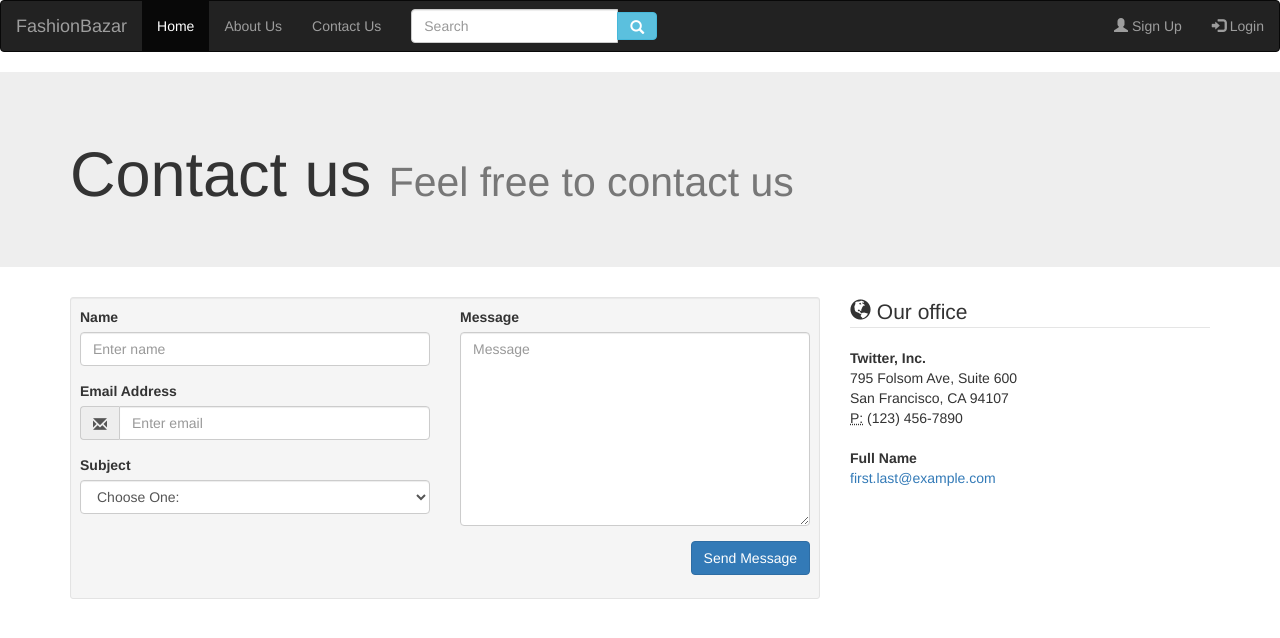
Repository: SmithaMendonca/Project-1
Page: http://localhost/FashionBazarFrontend/WEB-INF/views/ContactUs.jsp
These files come from the project's save history. The page is drawn as it stood at one moment and after the next save; the edit follows.
The browser window is 1280 px wide. The pictures show the whole page.
The page is served by Tomcat 9. Nobody is signed in. The template is opened directly, without the code that normally fills it, so the values that code supplies are empty.

Above is the page before, as saved 2019-06-06 04:22:27.

After the next save:
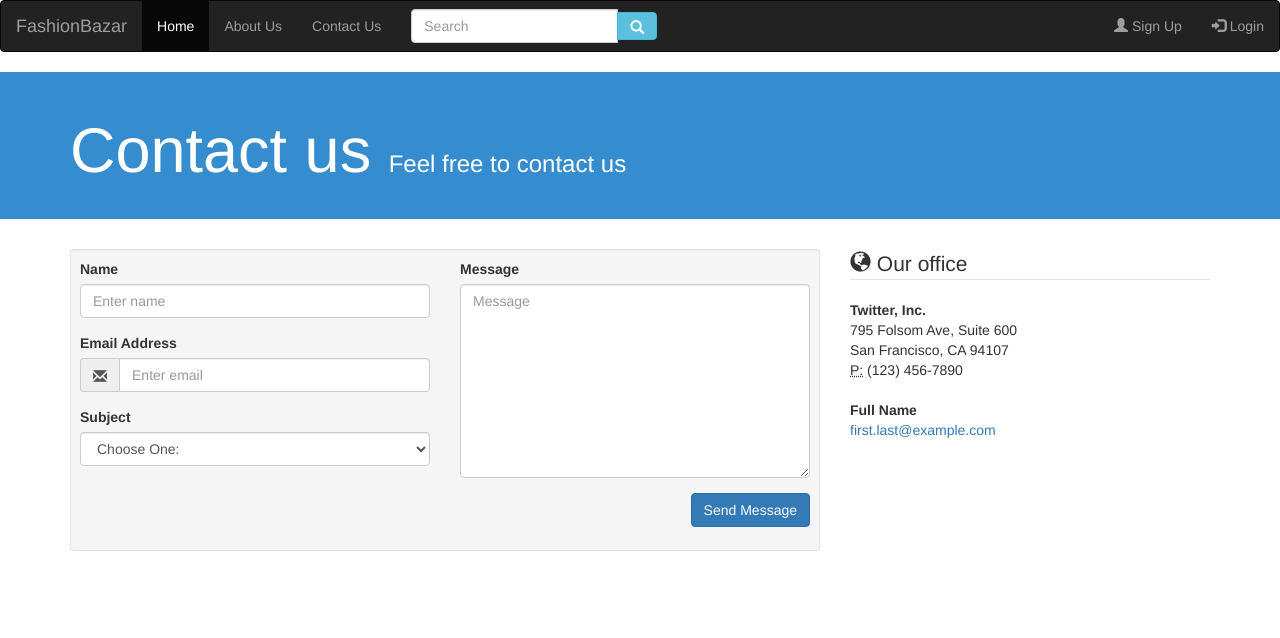
Saved 16 s later.
--- a/FashionBazarFrontend/src/main/webapp/WEB-INF/views/ContactUs.jsp
+++ b/FashionBazarFrontend/src/main/webapp/WEB-INF/views/ContactUs.jsp
@@ -3,6 +3,19 @@
 <head>
 <style type="text/css">
 
+.jumbotron {
+background: #358CCE;
+color: #FFF;
+border-radius: 0px;
+}
+.jumbotron-sm { padding-top: 24px;
+padding-bottom: 24px; }
+.jumbotron small {
+color: #FFF;
+}
+.h1 small {
+font-size: 24px;
+}
 </style>
 </head>
 <body>
